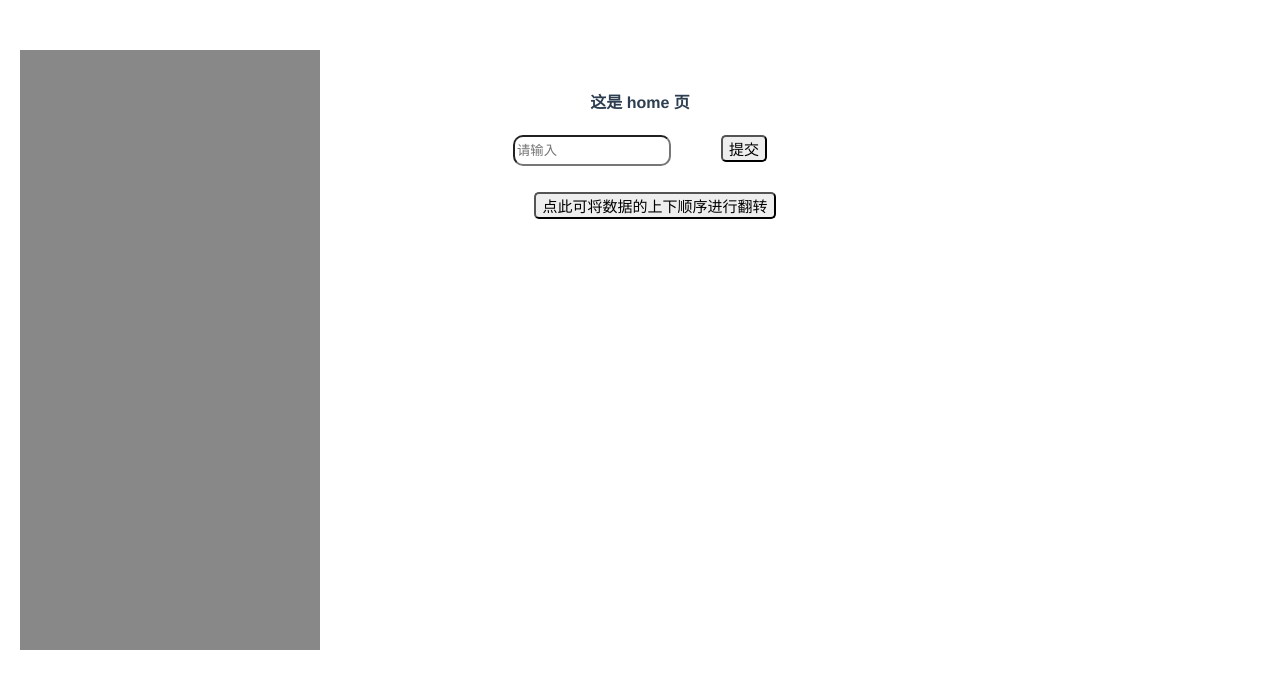
Repository: z-xy-git/demofirst
Page: /
These files come from the project's save history. The page is drawn as it stood at one moment and after the next save; the edit follows.
The browser window is 1280 px wide. The pictures show the whole page.
The project was rebuilt for these pictures with package versions that can differ from the ones it lists, and the page was loaded fresh each time.

Above is the page before, as saved 2021-02-25 14:19:35.

### src/App.vue
<template>
  <div id="app">
    <div id="nav">
    </div>
    <router-view/>
  </div>
</template>

<style>
#app {
  font-family: Avenir, Helvetica, Arial, sans-serif;
  -webkit-font-smoothing: antialiased;
  -moz-osx-font-smoothing: grayscale;
  text-align: center;
  color: #2c3e50;
}

#nav {
  padding: 30px;
}

#nav a {
  font-weight: bold;
  color: #2c3e50;
}

#nav a.router-link-exact-active {
  color: #42b983;
}
</style>

### src/views/Home.vue
<template>
  <div class="home">
    <h4>这是 home 页</h4>
    <input type="text" v-model="inputData" placeholder="请输入" class="input-style">
    <button @click="btnclick" class="btn-style">提交</button>
    <div>
      <button @click="reverseItemData" class="btn-style">点此可将数据的上下顺序进行翻转</button>
    </div>
    <div class="show-data">
      <p class="p" v-for="(item,index) in inputDataArr" :key="index">{{item}}</p>
    </div>
    <router-view/>
  </div>
</template>

<script>
// @ is an alias to /src

export default {
  name: 'Home',
  components: {
  },
  data(){
    return{
      inputData: '',
      inputDataArr: []
    }
  },
  methods:{
    btnclick() {
      // this.$router.push('/about');
      console.log(this.inputData);
      this.inputDataArr.push(this.inputData);
    },
    reverseItemData(){
      this.inputDataArr.reverse();
    }
  }
}
</script>
<style>
  .input-style{
    margin-right: 20px;
    outline: none;
    border-radius: 10px;
    width: 150px;
    height: 25px;
  }
  .btn-style{
    margin: 0 0 30px 30px;
    outline: none;
    border-radius: 5px;
    background-color: #eee;
    font-size: 15px;
  }
  .show-data{
    position: absolute;
    left: 20px;
    top: 50px;
    width: 300px;
    height: 600px;
    background-color: #888;
    color: #fff;
  }
</style>

Loaded but not shown: public/index.html (common file); src/main.js (common file); src/router/index.js (common file); src/store/index.js (common file)

After the next save:
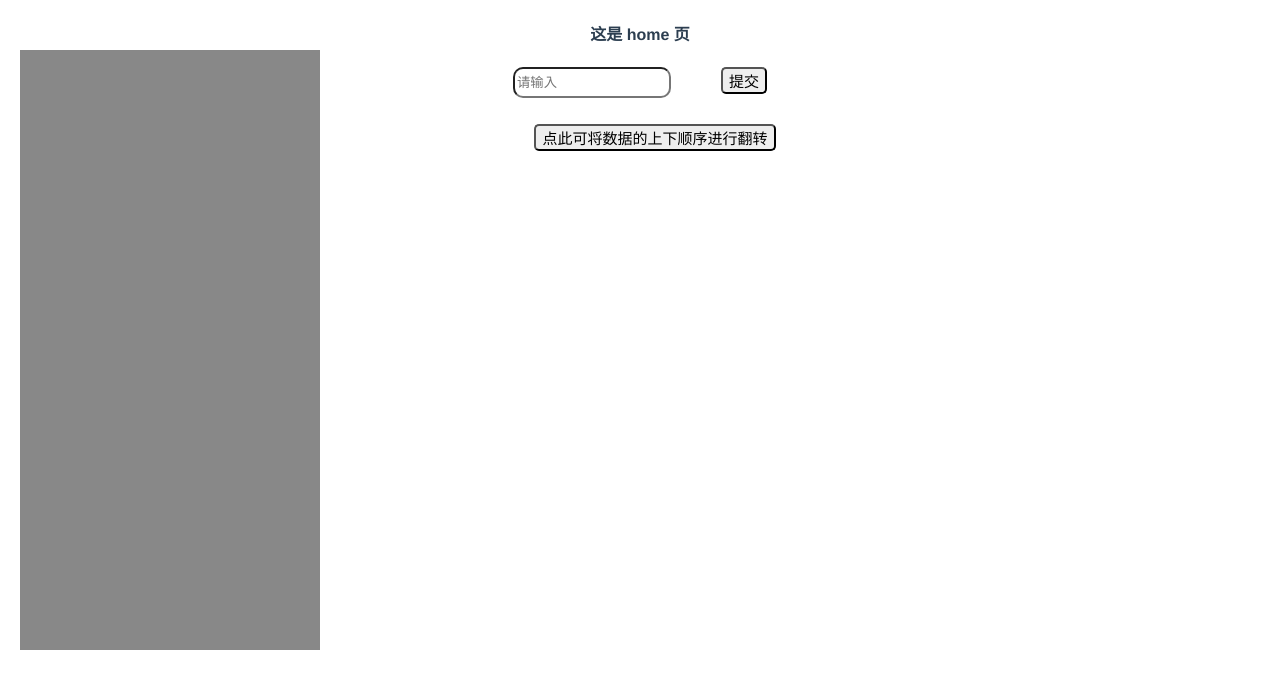
Saved 27 min 12 s later.
--- a/src/App.vue
+++ b/src/App.vue
@@ -1,7 +1,7 @@
 <template>
   <div id="app">
-    <div id="nav">
-    </div>
+    <!-- <div id="nav">
+    </div> -->
     <router-view/>
   </div>
 </template>
